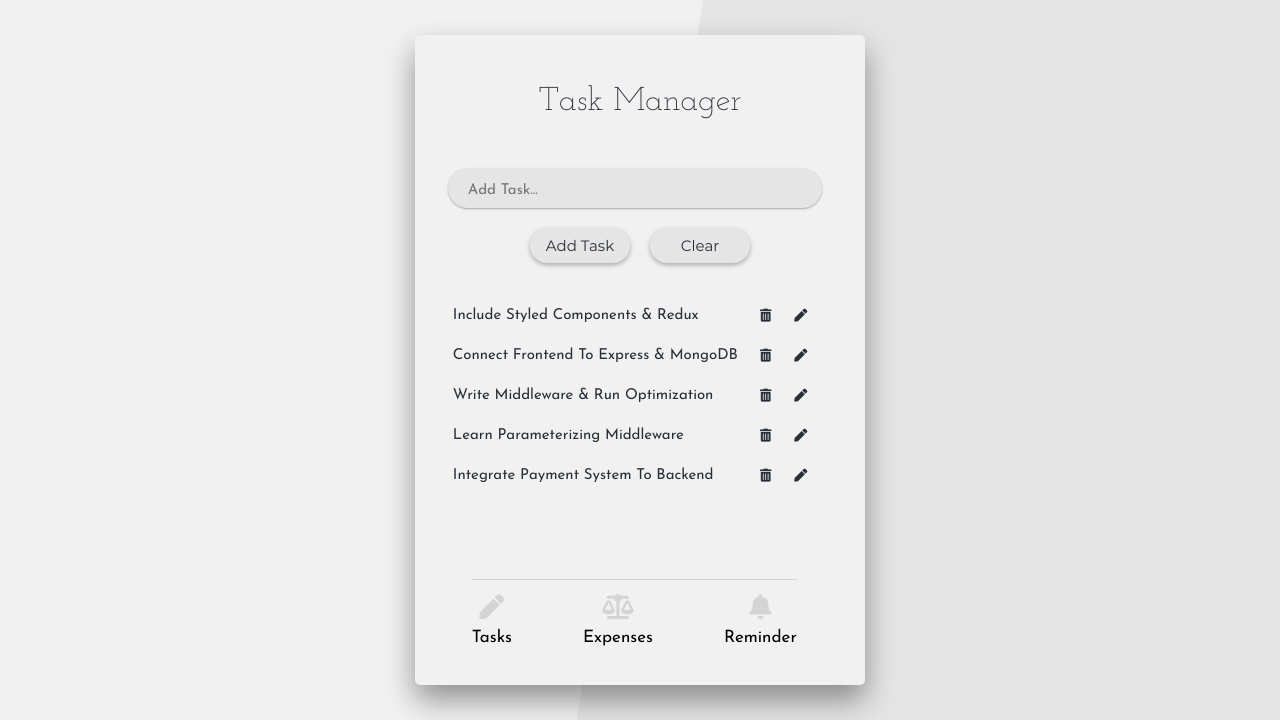
Repository: Kol124/react-task-manager
Page: /
These files come from the project's save history. The page is drawn as it stood at one moment and after the next save; the edit follows.
The browser window is 1280 px wide. The pictures show the whole page.
The project was rebuilt for these pictures with package versions that can differ from the ones it lists, and the page was loaded fresh each time. Also part of the build but not shown: src/components/Expenses/Expenses.js, src/components/Reminder/Reminder.js.

Above is the page before, as saved 2021-06-24 17:46:59.

After the next save:
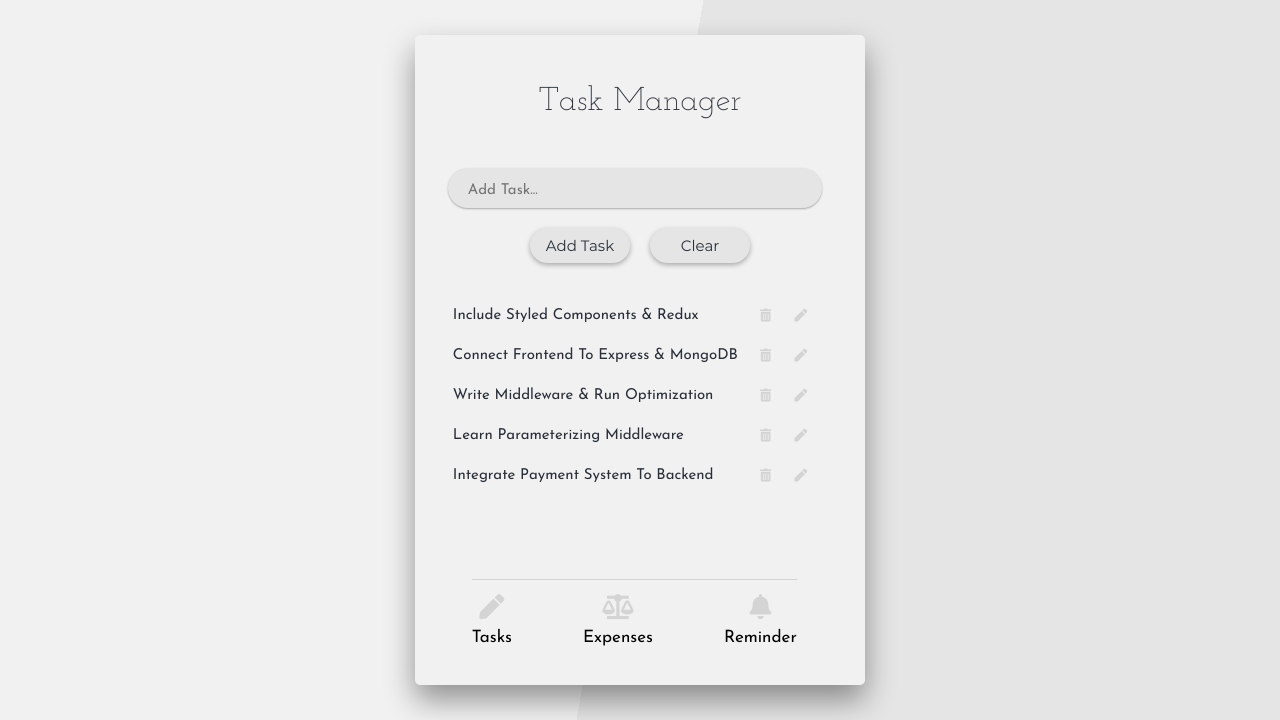
Saved 22 s later.
--- a/src/components/Task.js
+++ b/src/components/Task.js
@@ -13,7 +13,7 @@ export default function Task({ task }) {
       <div>
         <button
           className="btn-delete task-btn"
-          style={{ color: theme.font }}
+          style={{ color: theme.icon }}
           onClick={() =>
             dispatch({ type: "REMOVE_TASK", task: { id: task.id } })
           }
@@ -22,7 +22,7 @@ export default function Task({ task }) {
         </button>{" "}
         <button
           className="btn-edit task-btn"
-          style={{ color: theme.font }}
+          style={{ color: theme.icon }}
           onClick={() => findItem(task.id)}
         >
           <i className="fas fa-pen"></i>
